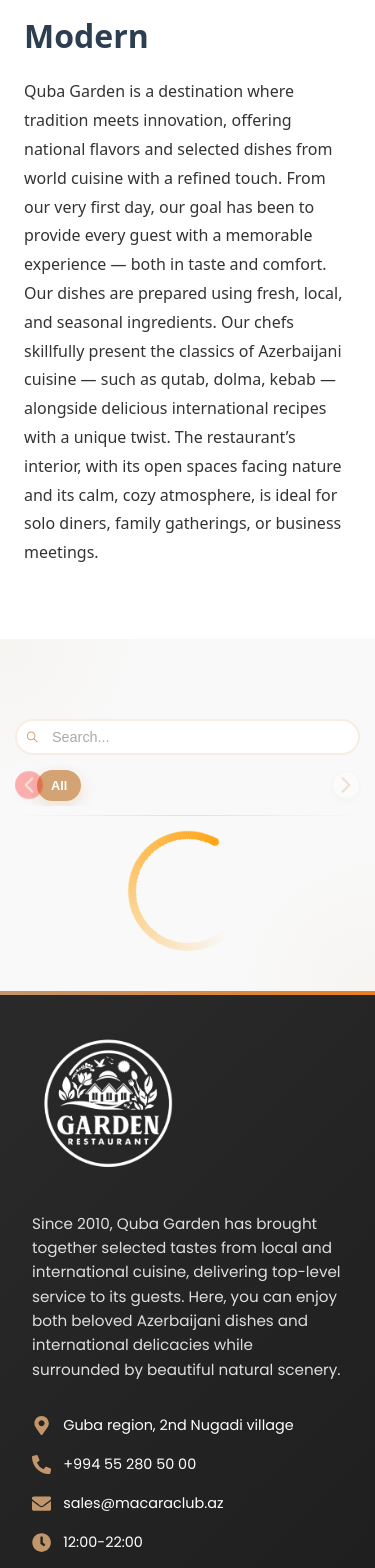
Repository: ferhadsultan98/menu-macara
Page: /
An editor plug-in stored every save of this project. The page is shown before and after a run of saves, followed by the edit.
The browser window is 375 px wide. The pictures show the part of the page from y = 1342 to 2910 px (the page is 3311 px tall).
The page's requests for data from a server got no answer. The project was rebuilt for these pictures with package versions that can differ from the ones it lists, and the page was loaded fresh each time. No one was signed in, and anything a server would have sent is missing. Also part of the build but not shown: vite.config.js.

Above is the page before, as saved 2025-04-21 12:19:25.

### index.html
<!doctype html>
<html lang="en">
  <head>
    <meta charset="UTF-8" />
    <link rel="shortcut icon" href="/src/assets/logo.png" type="image/x-icon">
    <meta name="viewport" content="width=device-width, initial-scale=1.0" />
    <title>Guba Garden - Menu</title>
  </head>
  <body>
    <div id="root"></div>
    <script type="module" src="/src/main.jsx"></script>
  </body>
</html>

### src/App.jsx
import React from "react";
import { I18nextProvider } from "react-i18next";
import i18n from "./Languages/i18n";
import "./App.scss";
import MainLayout from "./Components/Common/MainLayout";
import Home from "./Pages/Home/Home";
import MenuSection from "./Pages/MenuSection/MenuSection";

function App() {

  return (
    <I18nextProvider i18n={i18n}>
      <div className="app-container">
        <MainLayout>
        <Home  />
          <MenuSection  />
        </MainLayout>
      </div>
    </I18nextProvider>
  );
}

export default App;

### src/App.scss
* {
  margin: 0;
  padding: 0;
  box-sizing: border-box;
}

body {
  font-family: system-ui, -apple-system, BlinkMacSystemFont, "Segoe UI", Roboto,
    Oxygen, Ubuntu, Cantarell, "Open Sans", "Helvetica Neue", sans-serif;
}

### src/Components/Common/MainLayout.jsx
import React from 'react';
import Header from './Header/Header';
import Footer from './Footer/Footer';

const MainLayout = ({ children }) => {
  return (
    <>
      <Header />
      {children}
      <Footer />
    </>
  );
};

export default MainLayout;

### src/Components/Common/Header/Header.jsx
import { useState, useEffect, useRef } from "react";
import "./Header.scss";
import Logo from "../../../assets/logo.png";
import whiteLogo from "../../../assets/logowhite.png";
import { motion, AnimatePresence } from "framer-motion";
import { useTranslation } from "react-i18next";
import { IoRestaurantOutline } from "react-icons/io5";

const Header = () => {
  const [scrolled, setScrolled] = useState(false);
  const [isOpen, setIsOpen] = useState(false);
  const dropdownRef = useRef(null);
  const { t, i18n } = useTranslation();

  const languages = [
    { code: "en", name: "English" },
    { code: "az", name: "Azərbaycan" },
    { code: "ru", name: "Русский" },
  ];

  useEffect(() => {
    const handleScroll = () => {
      const isScrolled = window.scrollY > 20;
      setScrolled(isScrolled);
    };

    window.addEventListener("scroll", handleScroll);
    return () => window.removeEventListener("scroll", handleScroll);
  }, []);

  useEffect(() => {
    const handleClickOutside = (event) => {
      if (dropdownRef.current && !dropdownRef.current.contains(event.target)) {
        setIsOpen(false);
      }
    };

    document.addEventListener("mousedown", handleClickOutside);
    return () => document.removeEventListener("mousedown", handleClickOutside);
  }, []);

  const toggleLanguage = (langCode) => {
    i18n.changeLanguage(langCode);
    setIsOpen(false);
  };

  const toggleMenu = () => {
    setIsOpen(!isOpen);
  };
  const scrollToTop = () => {
    window.scrollTo({ top: 0, behavior: "smooth" });
  };
  const scrollToMenu = () => {
    const menuSection = document.getElementById("menu");
    if (menuSection) {
      menuSection.scrollIntoView({ behavior: "smooth", block: "start" });
    }
  };
  return (
    <header className={`header ${scrolled ? "scrolled" : ""}`}>
      <div className="headerContainer">
        <a onClick={scrollToTop}>
          <div className="logo">
            <img
              src={scrolled ? Logo : whiteLogo}
              alt={scrolled ? "Logo" : "White Logo"}
              className="logo-img"
            />
          </div>
        </a>
        <button className="menu-button" onClick={scrollToMenu}>
        {t("header.menu")}
          <span className="menu-icon">
            <IoRestaurantOutline />
          </span>
        </button>
        <div className="header-actions">
          <div className="lang-dropdown" ref={dropdownRef}>
            <button
              className="lang-current"
              onClick={toggleMenu}
              aria-expanded={isOpen}
            >
              <span>{i18n.language.toUpperCase()}</span>
              <i className={`fas fa-chevron-down ${isOpen ? "open" : ""}`}></i>
            </button>

            <AnimatePresence>
              {isOpen && (
                <motion.ul
                  className="lang-options"
                  initial={{ opacity: 0, y: -10 }}
                  animate={{ opacity: 1, y: 0 }}
                  exit={{ opacity: 0, y: -10 }}
                  transition={{ duration: 0.2 }}
                >
                  {languages.map((lang) => (
                    <motion.li
                      key={lang.code}
                      whileHover={{ backgroundColor: "rgba(0,0,0,0.05)" }}
                      onClick={() => toggleLanguage(lang.code)}
                      className={i18n.language === lang.code ? "active" : ""}
                    >
                      <span className="lang-code">
                        {lang.code.toUpperCase()}
                      </span>
                      <span className="lang-name">{lang.name}</span>
                    </motion.li>
                  ))}
                </motion.ul>
              )}
            </AnimatePresence>
          </div>
        </div>
      </div>
    </header>
  );
};

export default Header;

### src/Pages/MenuSection/MenuSection.scss
// Mixins
@mixin flexCenter {
  display: flex;
  justify-content: center;
  align-items: center;
}

@mixin flexBetween {
  display: flex;
  justify-content: space-between;
  align-items: center;
}

@mixin hoverLift {
  transition: all 0.3s cubic-bezier(0.25, 0.8, 0.25, 1);
  &:hover {
    transform: translateY(-8px);
    box-shadow: 0 15px 35px rgba(0, 0, 0, 0.1);
  }
}

// Media query mixins
@mixin mobile {
  @media (max-width: 576px) {
    @content;
  }
}

@mixin tablet {
  @media (max-width: 768px) {
    @content;
  }
}

@mixin laptop {
  @media (max-width: 992px) {
    @content;
  }
}

@mixin desktop {
  @media (max-width: 1200px) {
    @content;
  }
}

// Animations
@keyframes fadeIn {
  from {
    opacity: 0;
    transform: translateY(20px);
  }
  to {
    opacity: 1;
    transform: translateY(0);
  }
}

@keyframes pulse {
  0% {
    transform: scale(1);
  }
  50% {
    transform: scale(1.05);
  }
  100% {
    transform: scale(1);
  }
}

@keyframes slideDown {
  from {
    transform: translateY(-100%);
  }
  to {
    transform: translateY(0);
  }
}

@keyframes searchPulse {
  0% {
    box-shadow: 0 0 0 0 rgba(212, 163, 115, 0.4);
  }
  70% {
    box-shadow: 0 0 0 8px rgba(212, 163, 115, 0);
  }
  100% {
    box-shadow: 0 0 0 0 rgba(212, 163, 115, 0);
  }
}

// Reset and Base Styles
.menuSection {
  padding: 100px 0;
  background-color: #f9f9f9;
  position: relative;
  overflow: hidden;
  @include laptop {
    padding: 80px 0;
  }

  @include tablet {
    padding: 70px 0;
  }

  @include mobile {
    padding: 50px 0;
  }

  &::before,
  &::after {
    content: "";
    position: absolute;
    width: 300px;
    height: 300px;
    border-radius: 50%;
    background: radial-gradient(
      circle,
      rgba(212, 163, 115, 0.05) 0%,
      rgba(212, 163, 115, 0) 70%
    );
    z-index: 0;
  }

  &::before {
    top: -150px;
    left: -150px;
  }

  &::after {
    bottom: -150px;
    right: -150px;
  }

  .container {
    max-width: 1200px;
    margin: 0 auto;
    padding: 0 20px;
    position: relative;
    z-index: 1;

    @include mobile {
      padding: 0 15px;
    }
  }

  &.hasSearchResults {
    .menuGrid {
      animation: fadeIn 0.5s ease forwards;
    }
  }
}

// Sticky Navbar
.menuNavbarWrapper {
  width: 100%;
  z-index: 2;
  transition: all 0.3s ease;
  position: relative;
  margin-bottom: 50px;

  @include tablet {
    margin-bottom: 30px;
  }

  @include mobile {
    margin-bottom: 25px;
  }

  &.sticky {
    position: fixed;
    top: 100px;
    left: 0;
    right: 0;
    background-color: rgba(255, 255, 255, 0.98);
    z-index: 2;
    animation: slideDown 0.3s ease forwards;
    padding: 10px 0;

    .menuNavbarContent {
      padding: 10px 0;
    }

    .menuSearch {
      margin-bottom: 15px;

      .searchInputWrapper {
        max-width: 800px;

        @include mobile {
          max-width: 100%;
        }
      }

      .searchInput {
        padding: 10px 40px 10px 40px;
      }
    }
  }

  .menuNavbarContent {
    padding: 15px 0;
    display: flex;
    flex-direction: column;

    @include tablet {
      padding: 10px 0;
    }
  }
}

// Adjust menu content when navbar is sticky
.sticky + .menuContent {
  padding-top: 160px;

  @include tablet {
    padding-top: 130px;
  }

  @include mobile {
    padding-top: 200px;
  }
}

// Search component
.menuSearch {
  margin-bottom: 20px;

  @include mobile {
    margin-bottom: 15px;
  }

  .searchInputWrapper {
    position: relative;
    width: 100%;
    max-width: 500px;
    margin: 0 auto;
    transition: all 0.3s ease;

    @include mobile {
      max-width: 100%;
      margin-top: 30px;
    }
  }

  .searchIcon {
    position: absolute;
    left: 15px;
    top: 50%;
    transform: translateY(-50%);
    font-size: 1.2rem;
    color: #d4a373;
    z-index: 2;

    @include mobile {
      font-size: 1rem;
      left: 12px;
    }
  }

  .searchInput {
    width: 100%;
    padding: 12px 40px 12px 45px;
    border-radius: 30px;
    border: 2px solid rgba(212, 163, 115, 0.2);
    font-size: 1rem;
    background-color: white;
    transition: all 0.3s ease;
    appearance: none;

    @include mobile {
      padding: 10px 35px 10px 38px;
      font-size: 0.95rem;
    }

    &:focus {
      outline: none;
      border-color: #d4a373;
      box-shadow: 0 0 0 3px rgba(212, 163, 115, 0.2);
    }

    &::placeholder {
      color: #aaa;
      transition: opacity 0.2s ease;
    }

    &:focus::placeholder {
      opacity: 0.7;
    }
  }

  .clearSearchButton {
    position: absolute;
    right: 15px;
    top: 50%;
    transform: translateY(-50%);
    background: none;
    border: none;
    font-size: 1.5rem;
    color: #aaa;
    cursor: pointer;
    padding: 0;
    width: 20px;
    height: 20px;
    display: flex;
    align-items: center;
    justify-content: center;
    transition: color 0.2s ease;
    z-index: 2;

    @include mobile {
      right: 12px;
      font-size: 1.3rem;
    }

    &:hover {
      color: #d4a373;
      transform: translateY(-50%) scale(1.1);
    }

    &:active {
      transform: translateY(-50%) scale(0.95);
    }
  }

  &.searchActive {
    .searchInput {
      animation: searchPulse 1.5s ease-out;
      border-color: rgba(212, 163, 115, 0.5);
    }
  }
}

// Menu Filter - Enhanced with Overflow Support
.menuFilter {
  position: relative;

  &::before {
    content: "";
    position: absolute;
    left: 0;
    right: 0;
    bottom: -15px;
    height: 1px;
    background: linear-gradient(
      to right,
      rgba(212, 163, 115, 0),
      rgba(212, 163, 115, 0.3),
      rgba(212, 163, 115, 0)
    );
  }

  .menuFilterContainer {
    position: relative;
    padding: 0 40px; // Space for scroll indicators

    @include tablet {
      padding: 0 30px;
    }

    @include mobile {
      padding: 0 25px;
    }

    // Scroll indicators/buttons
    .scrollButton {
      position: absolute;
      top: 50%;
      transform: translateY(-50%);
      width: 36px;
      height: 36px;
      border-radius: 50%;
      background: white;
      border: 1px solid rgba(212, 163, 115, 0.2);
      color: #d4a373;
      display: flex;
      justify-content: center;
      align-items: center;
      cursor: pointer;
      box-shadow: 0 3px 8px rgba(0, 0, 0, 0.08);
      z-index: 5;
      transition: all 0.3s cubic-bezier(0.25, 0.8, 0.25, 1);

      @include tablet {
        width: 30px;
        height: 30px;
      }

      @include mobile {
        width: 28px;
        height: 28px;
      }

      &:hover {
        background: rgba(212, 163, 115, 0.1);
      }

      &.scrollButtonPrev {
        left: 0;

      }

      &.scrollButtonNext {
        right: 0;

      }

      &.scrollButtonDisabled {
        opacity: 0.3;
        cursor: not-allowed;

        &:hover {
          background: white;
        }
      }
    }
  }

  .menuFilterList {
    display: flex;
    list-style: none;
    padding: 0;
    margin: 0;
    overflow-x: auto;
    -webkit-overflow-scrolling: touch; // Smooth scrolling on iOS
    scrollbar-width: none; // Firefox
    -ms-overflow-style: none; // IE/Edge
    scroll-behavior: smooth;

    // Hide scrollbar
    &::-webkit-scrollbar {
      display: none;
    }

    // Add padding to allow focus ring visibility
    padding: 5px;
    margin: -5px;
  }

  .menuFilterItem {
    flex: 0 0 auto;
    margin: 0 5px;

    &:first-child {
      margin-left: 0;
    }

    &:last-child {
      margin-right: 0;
    }
  }

  .menuFilterButton {
    background: transparent;
    border: 2px solid transparent;
    font-size: 0.95rem;
    font-weight: 500;
    color: #4a4a4a;
    padding: 12px 20px;
    cursor: pointer;
    transition: all 0.3s cubic-bezier(0.25, 0.8, 0.25, 1);
    text-transform: capitalize;
    border-radius: 30px;
    position: relative;
    overflow: hidden;
    white-space: nowrap;
    box-shadow: 0 3px 10px rgba(0, 0, 0, 0.05);

    @include tablet {
      padding: 10px 16px;
      font-size: 0.9rem;
    }

    @include mobile {
      padding: 8px 14px;
      font-size: 0.85rem;
    }

    // Icon styles
    .menuIcon {
      display: inline-block;
      margin-right: 8px;
      font-size: 0.9rem;

      @include mobile {
        margin-right: 6px;
        font-size: 0.8rem;
      }
    }

    &:hover {
      background-color: rgba(212, 163, 115, 0.1);
      color: #d4a373;
      border-color: rgba(212, 163, 115, 0.2);
    }

    &.menuFilterButtonActive {
      background-color: #d4a373;
      color: white !important;
      font-weight: 600;
      box-shadow: 0 5px 15px rgba(212, 163, 115, 0.3);
      border-color: #d4a373;
    }

    &:focus-visible {
      outline: 2px solid #d4a373;
      outline-offset: 2px;
    }
  }

  .menuFilterChipsDesign {
    .menuFilterButton {
      padding: 8px 16px;
      font-size: 0.85rem;

      @include mobile {
        padding: 6px 12px;
        font-size: 0.8rem;
      }

      .menuIcon {
        margin-right: 6px;
        font-size: 0.8rem;

        @include mobile {
          margin-right: 4px;
          font-size: 0.75rem;
        }
      }
    }
  }
}

// No Results Found
.noResultsFound {
  text-align: center;
  padding: 60px 20px;
  background-color: rgba(255, 255, 255, 0.7);
  border-radius: 12px;
  box-shadow: 0 5px 20px rgba(0, 0, 0, 0.05);

  @include tablet {
    padding: 50px 15px;
  }

  @include mobile {
    padding: 40px 15px;
  }

  h3 {
    color: #d4a373;
    font-size: 1.8rem;
    margin-bottom: 15px;

    @include tablet {
      font-size: 1.6rem;
      margin-bottom: 12px;
    }

    @include mobile {
      font-size: 1.4rem;
      margin-bottom: 10px;
    }
  }

  p {
    color: #777;
    font-size: 1.1rem;
    margin-bottom: 25px;

    @include tablet {
      font-size: 1rem;
      margin-bottom: 20px;
    }

    @include mobile {
      font-size: 0.95rem;
      margin-bottom: 18px;
    }
  }

  .resetFilterButton {
    background-color: #d4a373;
    color: white;
    border: none;
    padding: 12px 25px;
    border-radius: 30px;
    font-size: 1rem;
    font-weight: 500;
    cursor: pointer;
    transition: all 0.3s ease;

    @include mobile {
      padding: 10px 20px;
      font-size: 0.95rem;
    }

    &:hover {
      background-color: darken(#d4a373, 10%);
      transform: translateY(-3px);
      box-shadow: 0 5px 15px rgba(212, 163, 115, 0.3);
    }

    &:focus-visible {
      outline: 2px solid darken(#d4a373, 15%);
      outline-offset: 2px;
    }
  }
}

// Menu Grid - Enhanced
.menuGrid {
  display: grid;
  grid-template-columns: repeat(auto-fill, minmax(350px, 1fr));
  gap: 35px;
  margin-bottom: 50px;

  @include laptop {
    grid-template-columns: repeat(auto-fill, minmax(300px, 1fr));
    gap: 30px;
  }

  @include tablet {
    grid-template-columns: repeat(auto-fill, minmax(280px, 1fr));
    gap: 25px;
  }

  @include mobile {
    grid-template-columns: 1fr;
    gap: 20px;
    margin-bottom: 30px;
  }
}

// Menu Items - Enhanced
.menuItem {
  animation: fadeIn 0.8s ease forwards;

  .menuItemCard {
    background: #ffffff;
    border-radius: 12px;
    overflow: hidden;
    box-shadow: 0 10px 30px rgba(0, 0, 0, 0.08);
    @include hoverLift;
    height: 100%;
    display: flex;
    flex-direction: column;
    position: relative;
  }

  .menuItemImage {
    width: 100%;
    height: 220px;
    overflow: hidden;
    position: relative;

    @include tablet {
      height: 180px;
    }

    @include mobile {
      height: 160px;
    }

    &::after {
      content: "";
      position: absolute;
      bottom: 0;
      left: 0;
      right: 0;
      height: 40%;
      z-index: 1;
    }

    img {
      width: 100%;
      height: 100%;
      object-fit: contain;
      display: block;
      transition: transform 0.7s ease;
      transform: scale(1.1);
    }
  }

  .menuItemCategoryBadge {
    position: absolute;
    top: 15px;
    right: 15px;
    background-color: rgba(212, 163, 115, 0.9);
    color: white;
    font-size: 0.8rem;
    padding: 6px 12px;
    border-radius: 20px;
    font-weight: 600;
    letter-spacing: 1px;
    text-transform: uppercase;
    z-index: 2;
    box-shadow: 0 3px 8px rgba(0, 0, 0, 0.15);

    @include mobile {
      top: 10px;
      right: 10px;
      font-size: 0.7rem;
      padding: 5px 10px;
    }
  }

  .menuItemContent {
    padding: 25px;
    display: flex;
    flex-direction: column;
    flex-grow: 1;
    justify-content: space-between;

    @include tablet {
      padding: 20px;
    }

    @include mobile {
      padding: 18px;
    }
  }

  .menuItemTitle {
    font-size: 1.5rem;
    color: #2e2e2e;
    margin-bottom: 12px;
    font-weight: 600;
    position: relative;

    @include tablet {
      font-size: 1.3rem;
      margin-bottom: 10px;
    }

    @include mobile {
      font-size: 1.2rem;
      margin-bottom: 8px;
    }

    &::after {
      content: "";
      position: absolute;
      bottom: -6px;
      left: 0;
      width: 40px;
      height: 2px;
      background-color: #d4a373;
      border-radius: 2px;

      @include mobile {
        width: 30px;
        bottom: -4px;
      }
    }
  }

  .menuItemDescription {
    font-size: 0.95rem;
    color: #777777;
    margin-bottom: 20px;
    line-height: 1.7;
    flex-grow: 1;

    @include tablet {
      font-size: 0.9rem;
      margin-bottom: 18px;
    }

    @include mobile {
      font-size: 0.85rem;
      margin-bottom: 15px;
      line-height: 1.6;
    }
  }

  .menuItemFooter {
    @include flexBetween;
    margin-top: auto;
  }

  .menuItemPrice {
    font-size: 1.3rem;
    color: #d4a373;
    font-weight: 700;

    @include tablet {
      font-size: 1.2rem;
    }

    @include mobile {
      font-size: 1.1rem;
    }
  }

  .menuItemOrderBtn {
    width: 40px;
    height: 40px;
    border-radius: 50%;
    background-color: #d4a373;
    color: white;
    border: none;
    cursor: pointer;
    @include flexCenter;
    transition: all 0.3s cubic-bezier(0.25, 0.8, 0.25, 1);
    box-shadow: 0 4px 10px rgba(212, 163, 115, 0.3);

    @include mobile {
      width: 36px;
      height: 36px;
    }

    i {
      font-size: 1rem;

      @include mobile {
        font-size: 0.9rem;
      }
    }

    &:hover {
      background-color: darken(#d4a373, 10%);
      transform: translateY(-3px);
      box-shadow: 0 6px 15px rgba(212, 163, 115, 0.4);
    }
  }
}

// Load More Button
.menuLoadMore {
  text-align: center;
  margin: 40px 0;

  @include mobile {
    margin: 30px 0;
  }

  .loadMoreButton {
    background-color: transparent;
    border: 2px solid #d4a373;
    color: #d4a373;
    padding: 14px 35px;
    font-size: 1rem;
    font-weight: 600;
    border-radius: 30px;
    cursor: pointer;
    transition: all 0.3s cubic-bezier(0.25, 0.8, 0.25, 1);

    @include tablet {
      padding: 12px 30px;
    }

    @include mobile {
      padding: 10px 25px;
      font-size: 0.95rem;
    }

    &:hover {
      background-color: #d4a373;
      color: white;
      box-shadow: 0 5px 15px rgba(212, 163, 115, 0.3);
    }

    &:focus-visible {
      outline: 2px solid #d4a373;
      outline-offset: 2px;
    }
  }
}

// Menu Action Section
.menuAction {
  text-align: center;
  margin-top: 60px;
  position: relative;

  @include tablet {
    margin-top: 50px;
  }

  @include mobile {
    margin-top: 40px;
  }

  &::before {
    content: "";
    position: absolute;
    top: -30px;
    left: 50%;
    transform: translateX(-50%);
    width: 100px;
    height: 1px;
    background: linear-gradient(
      to right,
      rgba(212, 163, 115, 0),
      rgba(212, 163, 115, 0.5),
      rgba(212, 163, 115, 0)
    );

    @include mobile {
      width: 80px;
      top: -25px;
    }
  }

  .primaryButton {
    display: inline-flex;
    align-items: center;
    justify-content: center;
    gap: 10px;
    padding: 16px 35px;
    background-color: #d4a373;
    color: white;
    text-decoration: none;
    border-radius: 50px;
    font-size: 1.1rem;
    font-weight: 600;
    transition: all 0.3s cubic-bezier(0.25, 0.8, 0.25, 1);
    letter-spacing: 0.5px;
    box-shadow: 0 8px 20px rgba(212, 163, 115, 0.3);

    @include tablet {
      padding: 14px 30px;
      font-size: 1rem;
    }

    @include mobile {
      padding: 12px 25px;
      font-size: 0.95rem;
      gap: 8px;
    }

    i {
      font-size: 1.2rem;
      transition: transform 0.3s ease;

      @include mobile {
        font-size: 1.1rem;
      }
    }

    &:hover {
      background-color: darken(#d4a373, 10%);
      transform: translateY(-5px);
      box-shadow: 0 12px 25px rgba(212, 163, 115, 0.4);

      i {
        transform: translateX(3px);
      }
    }

    &:active {
      transform: translateY(-2px);
      box-shadow: 0 8px 15px rgba(212, 163, 115, 0.3);
    }

    &:focus-visible {
      outline: 2px solid darken(#d4a373, 15%);
      outline-offset: 2px;
    }
  }
}

// Small screens adjustments
@media (max-width: 400px) {
  .menuSection {
    padding: 40px 0;
  }

  .menuNavbarWrapper {
    margin-bottom: 20px;
    &.sticky {
      top: 70px;
    }
  }

  .menuSearch {
    .searchInput {
      padding: 8px 32px 8px 35px;
      font-size: 0.9rem;
    }

    .searchIcon {
      font-size: 0.9rem;
      left: 10px;
    }

    .clearSearchButton {
      right: 10px;
      font-size: 1.2rem;
    }
  }

  .menuFilter {
    .menuFilterContainer {
      padding: 0 22px;
      .scrollButton{
        &.scrollButtonPrev{
          background-color: red;
        }
      }

    }

    .scrollButton {
      width: 24px;
      height: 24px;
      padding: 1px;
    }

    .menuFilterButton {
      padding: 6px 12px;
      font-size: 0.8rem;

    }

  }

  .menuItem {
    .menuItemImage {
      height: 140px;
    }

    .menuItemContent {
      padding: 15px;
    }

    .menuItemTitle {
      font-size: 1.1rem;
    }

    .menuItemDescription {
      font-size: 0.8rem;
      margin-bottom: 12px;
    }

    .menuItemPrice {
      font-size: 1rem;
    }
  }

  .menuLoadMore {
    .loadMoreButton {
      padding: 8px 20px;
      font-size: 0.9rem;
    }
  }
}

// Fix specific issues for devices between 576px and 767px
@media (min-width: 577px) and (max-width: 767px) {
  .menuGrid {
    grid-template-columns: repeat(2, 1fr);
    gap: 20px;
  }
}

// Better handling for safari mobile
@supports (-webkit-touch-callout: none) {
  .menuFilterList {
    -webkit-overflow-scrolling: touch;
  }

  .menuItemCard {
    -webkit-transform: translateZ(0);
  }
}

### src/Components/Loading/Loading.jsx
import React from "react";
import "./Loading.scss";

const Loading = () => {
  return <div className="restaurantLoader"></div>;
};

export default Loading;

### src/server/server.jsx
// src/server/server.js
import { initializeApp } from "firebase/app";
import { getDatabase, ref, onValue, set, push, remove, update } from "firebase/database";
import { getAnalytics } from "firebase/analytics";

// Firebase configuration
const firebaseConfig = {
  apiKey: "AIzaSyA3iCDoGXoamiNg5rUrGU5uqmnfMHKO9BI",
  authDomain: "gubagarden.firebaseapp.com",
  projectId: "gubagarden",
  storageBucket: "gubagarden.firebasestorage.app",
  messagingSenderId: "920416051355",
  appId: "1:920416051355:web:6acffca1bb687b0d4ca63e",
  measurementId: "G-L77LRCTPG3",
  databaseURL: "https://gubagarden-default-rtdb.firebaseio.com"
};


const app = initializeApp(firebaseConfig);
let analytics = null;


if (typeof window !== 'undefined') {
  try {
    analytics = getAnalytics(app);
  } catch (error) {
    console.error("Analytics failed to initialize:", error);
  }
}

const database = getDatabase(app);

export { database, analytics, ref, onValue, set, push, remove, update };

### src/Components/Loading/Loading.scss
.restaurantLoader {
  width: 120px;
  aspect-ratio: 1;
  border-radius: 50%;
  background: radial-gradient(farthest-side, #ffa516 94%, #0000) top/8px 8px
      no-repeat,
    conic-gradient(#0000 30%, #ffa516);
  -webkit-mask: radial-gradient(farthest-side, #0000 calc(100% - 8px), #000 0);
  animation: l13 1s infinite linear;
  display: flex;
  margin: 0 auto;
}
@keyframes l13 {
  100% {
    transform: rotate(1turn);
  }
}

Loaded but not shown: src/main.jsx (common file); src/Languages/AZ/AZ.json (33 lines, source omitted); src/Languages/RU/RU.json (32 lines, source omitted); src/Languages/EN/EN.json (31 lines, source omitted); src/Languages/i18n.js (34 lines, source omitted); src/Pages/Home/Home.scss (770 lines, source omitted); src/Pages/MenuSection/MenuSection.jsx (412 lines, source omitted); src/Pages/Home/Home.jsx (225 lines, source omitted); src/Components/Common/Header/Header.scss (467 lines, source omitted); src/Components/Common/Footer/Footer.jsx (167 lines, source omitted); src/Components/Common/Footer/Footer.scss (281 lines, source omitted); src/index.css (no stored copy; drawn as an empty file)

After the next 2 saves:
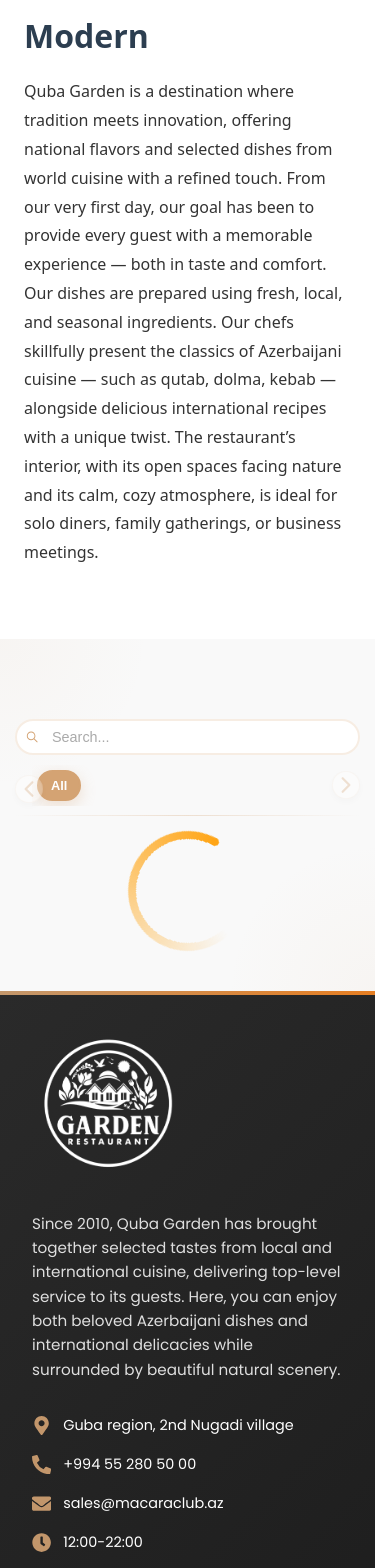
The 2 saves are shown as one change because they came seconds apart.
The last was saved 8 s later.
--- a/src/Pages/MenuSection/MenuSection.scss
+++ b/src/Pages/MenuSection/MenuSection.scss
@@ -996,7 +996,7 @@
       padding: 0 22px;
       .scrollButton{
         &.scrollButtonPrev{
-          background-color: red;
+          top: 60%;
         }
       }
 
